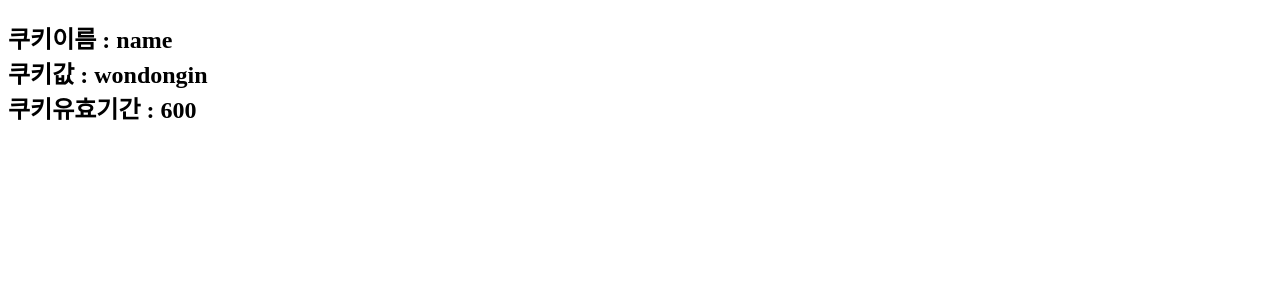
Repository: WONDongin/GoodeeAcademy_JAVA
Page: http://localhost/jspStudy/ex10_cookie/ex01_cookie.jsp
An editor plug-in stored every save of this project. The page is shown before and after the next save, followed by the edit.
The browser window is 1280 px wide. The pictures show the whole page.
The page is served by Tomcat 9.

Above is the page before, as saved 2025-04-03 02:20:35.

### jsp_study/jspStudy/src/main/webapp/ex10_cookie/ex01_cookie.jsp
<%@ page language="java" contentType="text/html; charset=UTF-8"
    pageEncoding="UTF-8"%>
<!DOCTYPE html>
<html>
	<head>
	<meta charset="UTF-8">
	<title>Insert title here</title>
	</head>
	<body>
		<%
		Cookie cookie = new Cookie("name", "wondongin");
		cookie.setMaxAge(600);
		response.addCookie(cookie);
		%>
		<h2>
		쿠키이름 : <%= cookie.getName() %><br/>
		쿠키값 : <%= cookie.getValue() %><br/>
		쿠키유효기간 : <%= cookie.getMaxAge() %><br/>
		</h2>
	</body>
</html>

After the next save:
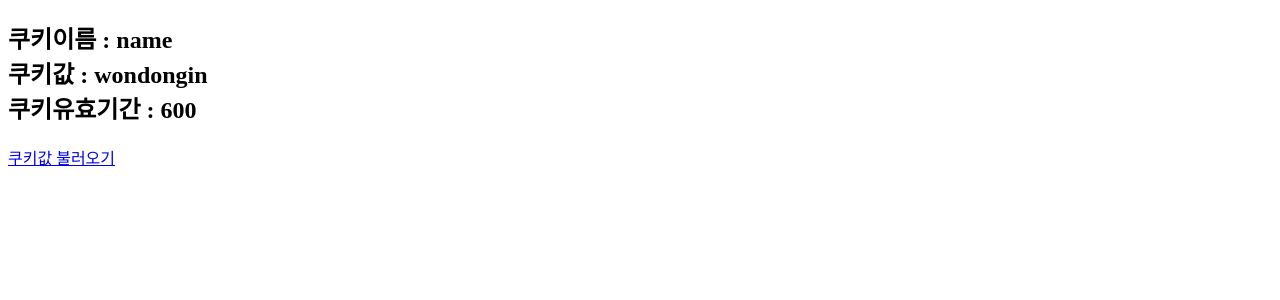
Saved 33 s later.
--- a/jsp_study/jspStudy/src/main/webapp/ex10_cookie/ex01_cookie.jsp
+++ b/jsp_study/jspStudy/src/main/webapp/ex10_cookie/ex01_cookie.jsp
@@ -17,5 +17,6 @@
 		쿠키값 : <%= cookie.getValue() %><br/>
 		쿠키유효기간 : <%= cookie.getMaxAge() %><br/>
 		</h2>
+		<a href="ex02_cookie.jsp">쿠키값 불러오기</a>
 	</body>
 </html>
